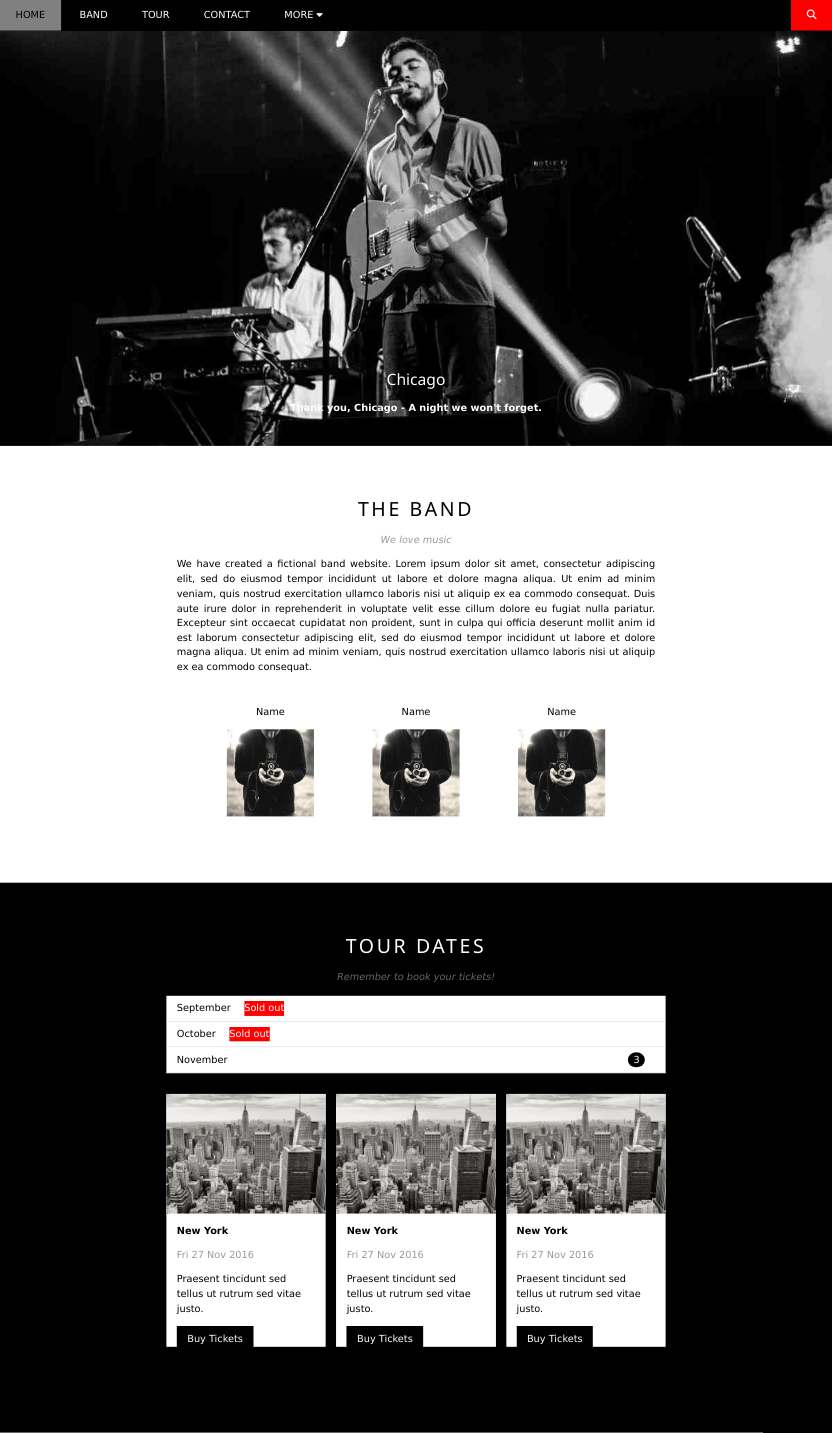
Repository: ngotranphuongbao/theband
Page: index.html
An editor plug-in stored every save of this project. The page is shown before and after the next save, followed by the edit.
The browser window is 1280 px wide. The pictures show the whole page, at 65% of full size.
The pointer rests on the first visible `.buy-ticket`.
Some web libraries are served in a nearby version.

Above is the page before, as saved 2022-12-22 06:47:53.

After the next save:
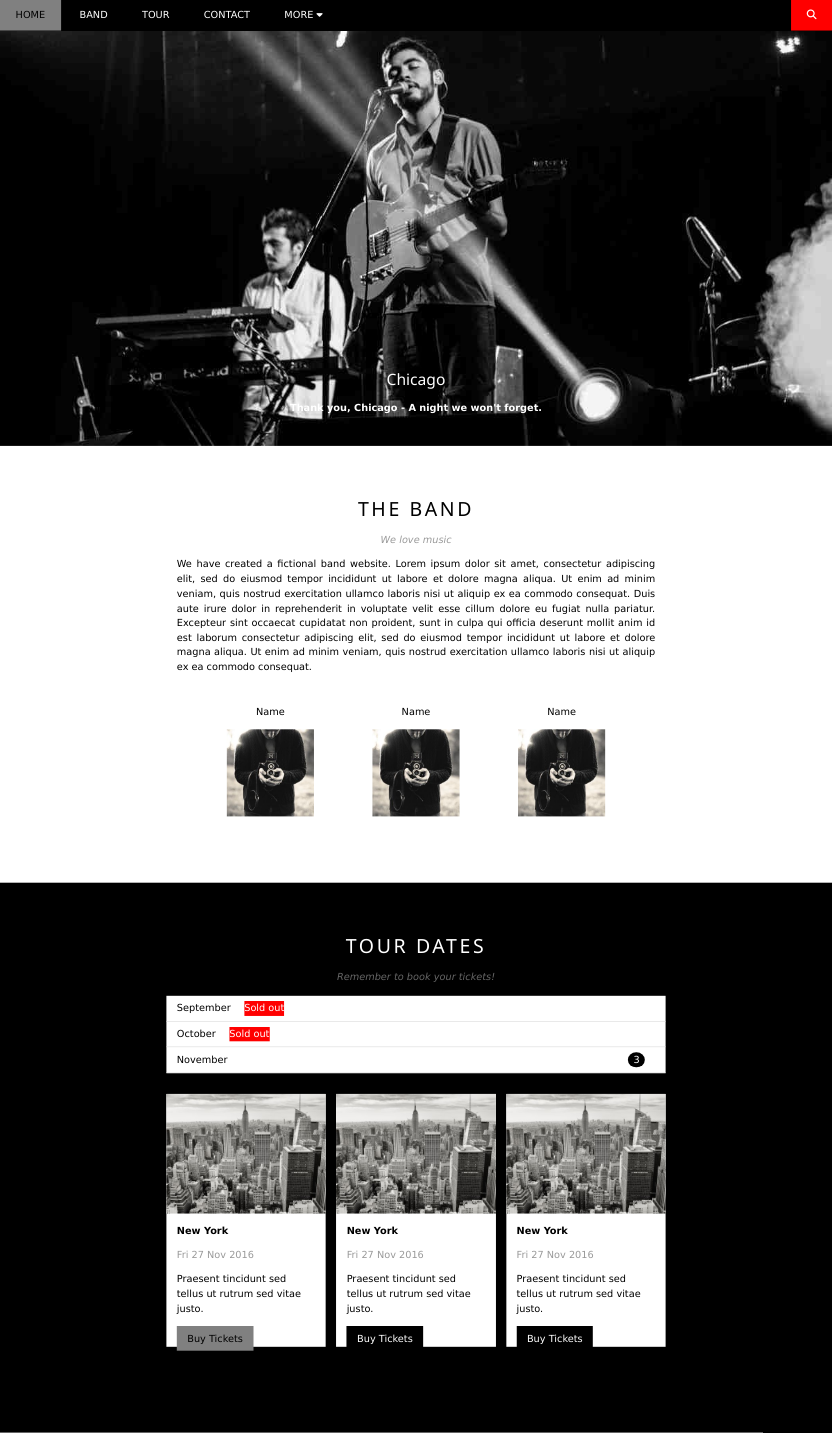
Saved 94 s later.
--- a/assets/css/style.css
+++ b/assets/css/style.css
@@ -268,6 +268,11 @@ html {
     color: white;
 }
 
+.buy-ticket:hover {
+    background-color: grey;
+    color: black;
+}
+
 #footer {
 
 }
